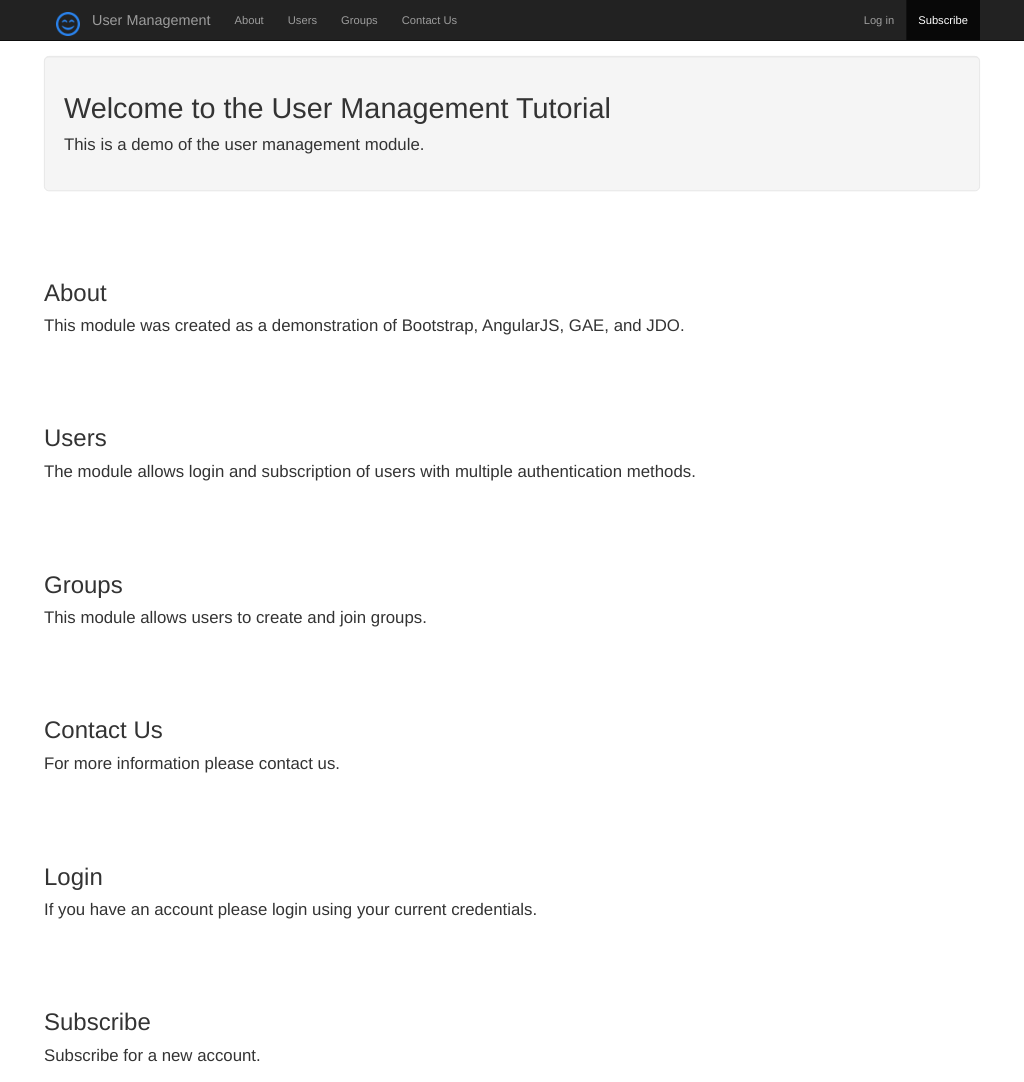
Repository: screenhunter/UMT
Page: UserManagement/war/guest/guest.html
An editor plug-in stored every save of this project. The page is shown before and after the next save, followed by the edit.
The browser window is 1280 px wide. The pictures show the whole page, at 80% of full size.

Above is the page before, as saved 2015-07-29 17:44:23.

### UserManagement/war/guest/guest.html
<!DOCTYPE html>
<!-- You must include the AngularJS application directive, ng-app or data-ng-app. -->
<html lang="en" data-ng-app>

<head>
	<!-- META information about your site -->
	<!-- This is important for allowing your public page to be correctly indexed by search engines -->
	<meta http-equiv="content-type" content="text/html; charset=UTF-8">
	<meta name="viewport" content="width=device-width, initial-scale=1">
	<meta name="description" content="Public page for a demo application allowing user management.">
	<meta name="keywords" content="User management, Groups, Demo Application">
	<meta name="author" content="Mihai Boicu, Rajat Khanna">

	<!-- TITLE -->
	<title>UMS - User Management System - Guest View</title>

	<!-- SCRIPT jQuery -->
	<!-- The following must be used in development. This is uncompressed and easy to understand -->
	<script src="/js/jquery-1.11.3.js"></script>
	<!--  The following must be used in production. This is compressed and hard to understand -->
	<!-- <script src="/js/jquery-1.11.3.min.js"></script> -->

	<!-- CSS Bootstrap -->
	<!-- This is the development CSS file. This is uncompressed and easy to understand. -->
	<link href="/css/bootstrap.css" rel="stylesheet">
	<script src="/js/bootstrap.js"></script>
	<!-- This following must be used in production. This is compressed and hard to understand. -->
	<!-- <link href="/css/bootsrap.min.css" rel="stylesheet"> -->
	<!-- <script src="/js/bootsrap.min.js"></script> -->

	<!-- AngularJS -->
	<!-- The following must be used in development. This is uncompressed and easy to understand -->
	<script type="text/javascript" src="/js/angular.js"></script>
	<script type="text/javascript" src="/js/angular-sanitize.js"></script>
	<script type="text/javascript" src="/js/angular-route.js"></script>
	<!--  The following must be used in production. This is compressed and hard to understand -->
	<!-- <script type="text/javascript" src="/js/angular.min.js"></script> -->
	<!-- <script type="text/javascript" src="/js/angular-sanitize.min.js"></script> -->
	<!-- <script type="text/javascript" src="/js/angular-route.min.js"></script> -->

	<!-- Guest CSS -->
	<link href="/css/guest.css" rel="stylesheet">

</head>

<!-- Bootstrap will spy the body and update the navigation in the
	guest-main-menu element (a navigation bar) based on the current position in the body -->
<body data-spy="scroll" data-target="#guest-main-menu">
	<!-- MAIN MENU AT THE TOP OF THE PAGE -->
	<nav class="navbar navbar-default navbar-fixed-top navbar-inverse" id="guest-main-menu">
		<div class="container">
			<!-- The menu toggle button for small screens, this will hide and show the menu -->
			<div class="navbar-header">
				<button type="button" class="navbar-toggle collapsed"
					data-toggle="collapse" data-target="#guest-main-menu-collapsible">
					<span class="sr-only">Toggle Navigation</span>
					<span class="icon-bar"></span>
					<span class="icon-bar"></span>
					<span class="icon-bar"></span>
				</button>
				<!-- The brand image and name are also part of the menu header -->
				<a href="#" class="navbar-brand"><img alt="Brand" src="/img/UM-logo.png"></a>
				<a href="#home" class="navbar-brand">User Management</a>
			</div> <!-- navbar-header -->
			<div class="collapse navbar-collapse" id="guest-main-menu-collapsible">
				<!-- Main content menu items to the left -->
				<ul class="nav navbar-nav navbar-left">
					<li><a href="#about">About</a></li>
					<li><a href="#users">Users</a></li>
					<li><a href="#groups">Groups</a></li>
					<li><a href="#contact">Contact Us</a></li>
				</ul>
				<!-- Main user login menu item to the right -->
				<ul class="nav navbar-nav navbar-right">
					<li><a href="#login">Log in</a></li>
					<li><a href="#subscribe">Subscribe</a></li>
				</ul>
			</div> <!-- guest-main-menu-collapsible -->
		</div> <!-- Container for main menu -->
	</nav> <!-- Navigation bar at the top for main menu -->

	<div class="container">
		<div class="menu-link" id="home">
			<div class="row well well-lg">
				<h1>Welcome to the User Management Tutorial</h1>
				<p class="lead">This is a demo of the user management module.</p>
			</div>
			<div class="row menu-link" id="about">
				<h2>About</h2>
				<p class="lead">This module was created as a demonstration of Bootstrap, AngularJS, GAE, and JDO.</p>
			</div>
			<div class="row menu-link" id="users">
				<h2>Users</h2>
				<p class="lead">The module allows login and subscription of users with multiple authentication methods.</p>
			</div>
			<div class="row menu-link" id="groups">
				<h2>Groups</h2>
				<p class="lead">This module allows users to create and join groups.</p>
			</div>
			<div class="row menu-link" id="contact">
				<h2>Contact Us</h2>
				<p class="lead">For more information please contact us.</p>
			</div>
			<div class="row menu-link" id="login">
				<h2>Login</h2>
				<p class="lead">If you have an account please login using your current credentials.</p>
			</div>
			<div class="row menu-link" id="subscribe">
				<h2>Subscribe</h2>
				<p class="lead">Subscribe for a new account.</p>
			</div>
		</div>

	</div>

</body>
</html>

### UserManagement/war/css/guest.css
body {
	position: relative;
}
.menu-link {
	padding-top: 70px;
}

Loaded but not shown: UserManagement/war/js/jquery-1.11.3.js (library); UserManagement/war/css/bootstrap.css (library); UserManagement/war/js/bootstrap.js (library); UserManagement/war/js/angular.js (library); UserManagement/war/js/angular-route.js (992 lines, source omitted); UserManagement/war/js/angular-sanitize.js (683 lines, source omitted)

After the next save:
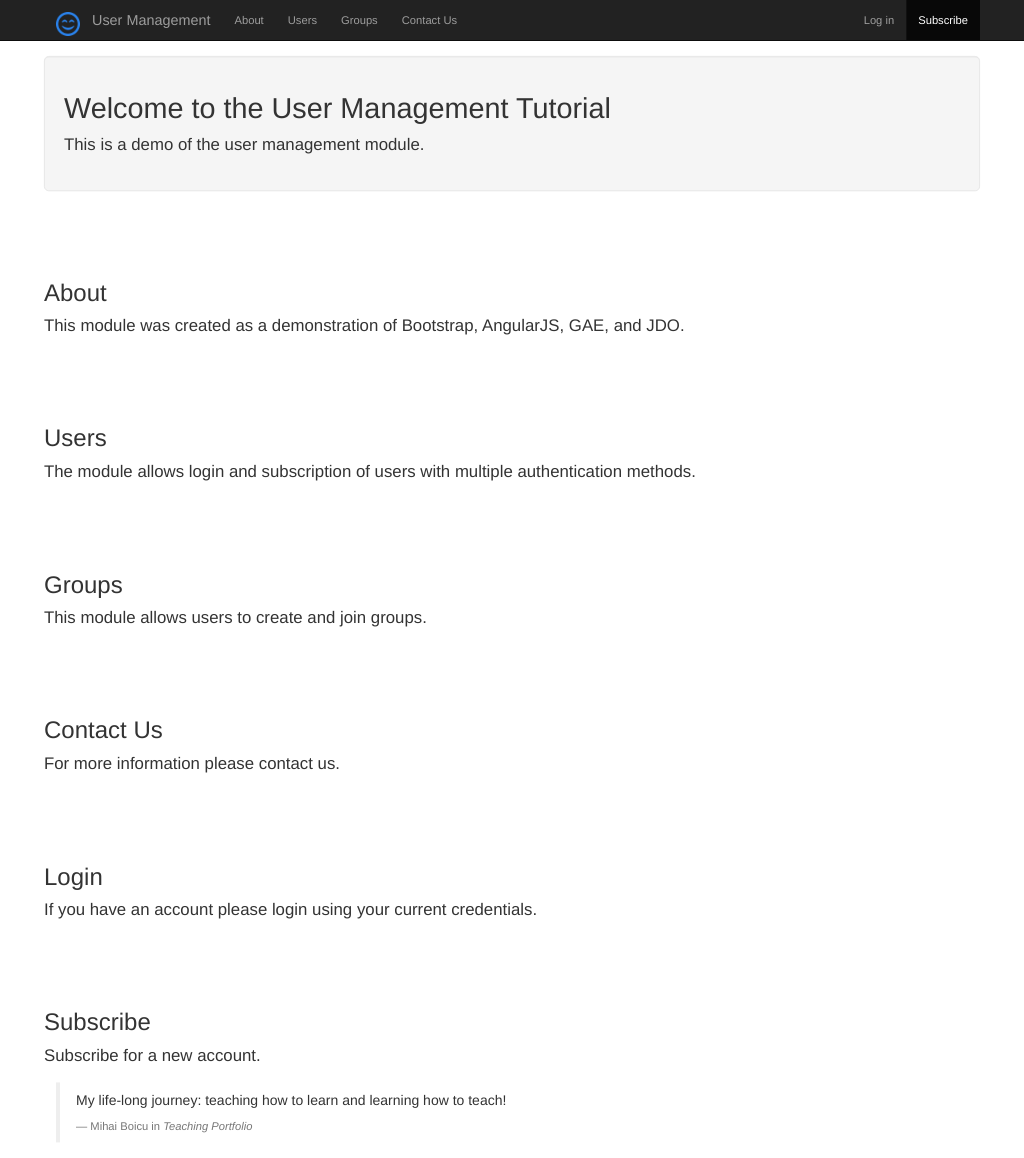
Saved 10 min 10 s later.
--- a/UserManagement/war/guest/guest.html
+++ b/UserManagement/war/guest/guest.html
@@ -110,8 +110,14 @@
 				<p class="lead">Subscribe for a new account.</p>
 			</div>
 		</div>
-
 	</div>
-
+	<div class="quote">
+		<div class="container">
+			<blockquote>
+				<p>My life-long journey: teaching how to learn and learning how to teach!</p>
+				<footer>Mihai Boicu in <cite title="Source Title">Teaching Portfolio</cite></footer>
+			</blockquote>
+		</div>
+	</div>
 </body>
 </html>
